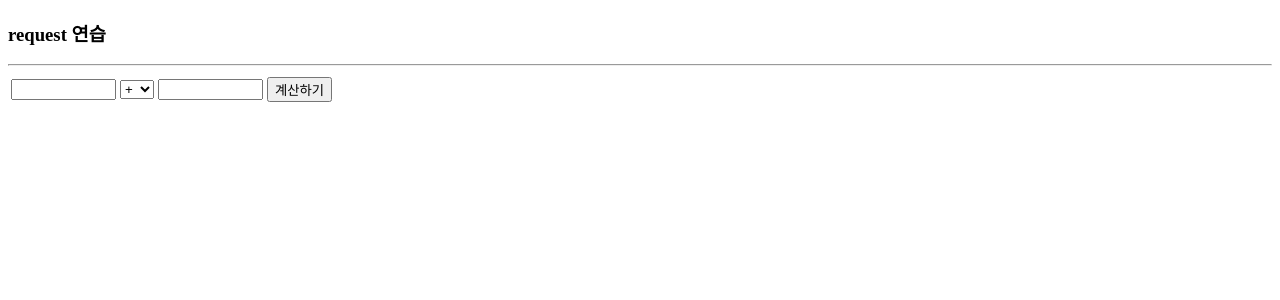
Repository: kyw0300/HighJava
Page: http://localhost/webTest/basic/reqNresp/requestTest02.jsp
The author's editor kept a copy of each file at every save. The page is drawn from the files as they stood at one save, then again after the next save.
The browser window is 1280 px wide. The pictures show the whole page.
The page is served by Tomcat 9. Other server files are loaded and not shown.

Above is the page before, as saved 2023-03-28 03:34:20.

### workspace/webTest/src/main/webapp/basic/reqNresp/requestTest02.jsp
<%@ page language="java" contentType="text/html; charset=UTF-8"
    pageEncoding="UTF-8"%>
<!DOCTYPE html>
<html>
<head>
<meta charset="UTF-8">
<title>Insert title here</title>
</head>
<body>
<h3>request 연습</h3>
<hr>
<!--
	- 아래의 <form>태그에서 구성한 데이터를 이용하여 계산된 결과를 출력하는 웹프로그램을 작성하시오.
	  (숫자 2개 입력, 연산자 선택 후 전송한다.)
	  (처리할 서블릿의 URL패턴 : /requestTest02.do)
	- 숫자 입력은 정수형으로 입력한다.

	- 결과 예시
	  10 / 4 = 2.5
 -->

<form action="">
	<table>
		<tr>
			<td><input type="text" size="10" name=""></td>
			<td>
				<select name="">
					<option value="+">+</option>
					<option value="-">-</option>
					<option value="*">*</option>
					<option value="/">/</option>
					<option value="%">%</option>
				</select>
			</td>
			<td><input type="text" size="10" name=""></td>
			<td><input type="submit" size="10" value="계산하기"></td>
		</tr>
	</table>
</form>

</body>
</html>

After the next save:
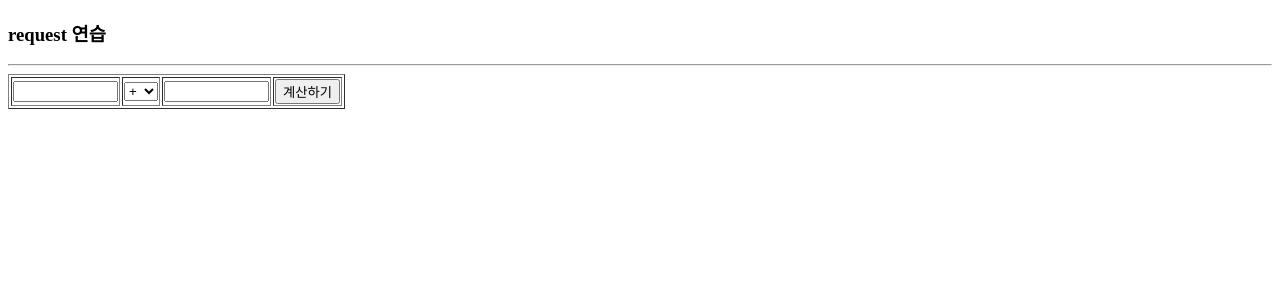
Saved 33 s later.
--- a/workspace/webTest/src/main/webapp/basic/reqNresp/requestTest02.jsp
+++ b/workspace/webTest/src/main/webapp/basic/reqNresp/requestTest02.jsp
@@ -20,7 +20,7 @@
  -->
 
 <form action="">
-	<table>
+	<table border='1'>
 		<tr>
 			<td><input type="text" size="10" name=""></td>
 			<td>
